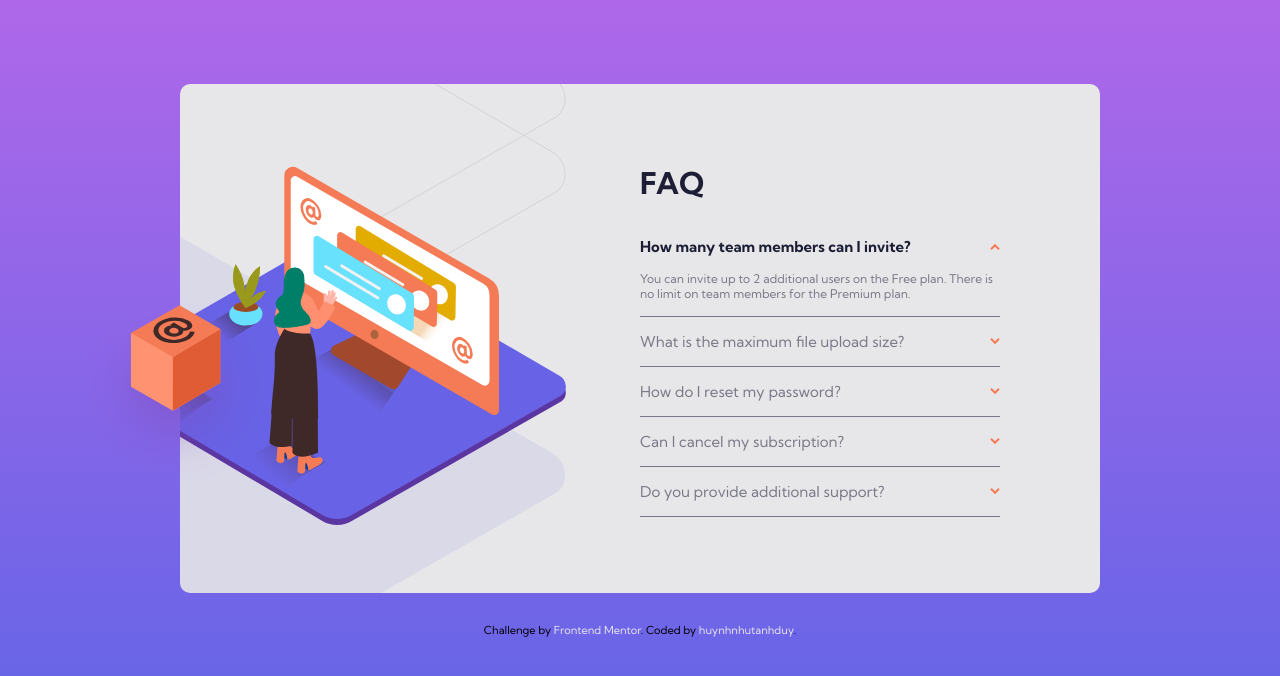
Repository: huynhnhutanhduy/faq-accordion-card
Page: index.html
These files come from the project's save history. The page is drawn as it stood at one moment and after the next save; the edit follows.
The browser window is 1280 px wide. The pictures show the whole page.
After loading, the first visible `div.card-item__header` was clicked once.

Above is the page before, as saved 2022-10-22 15:18:37.

After the next save:
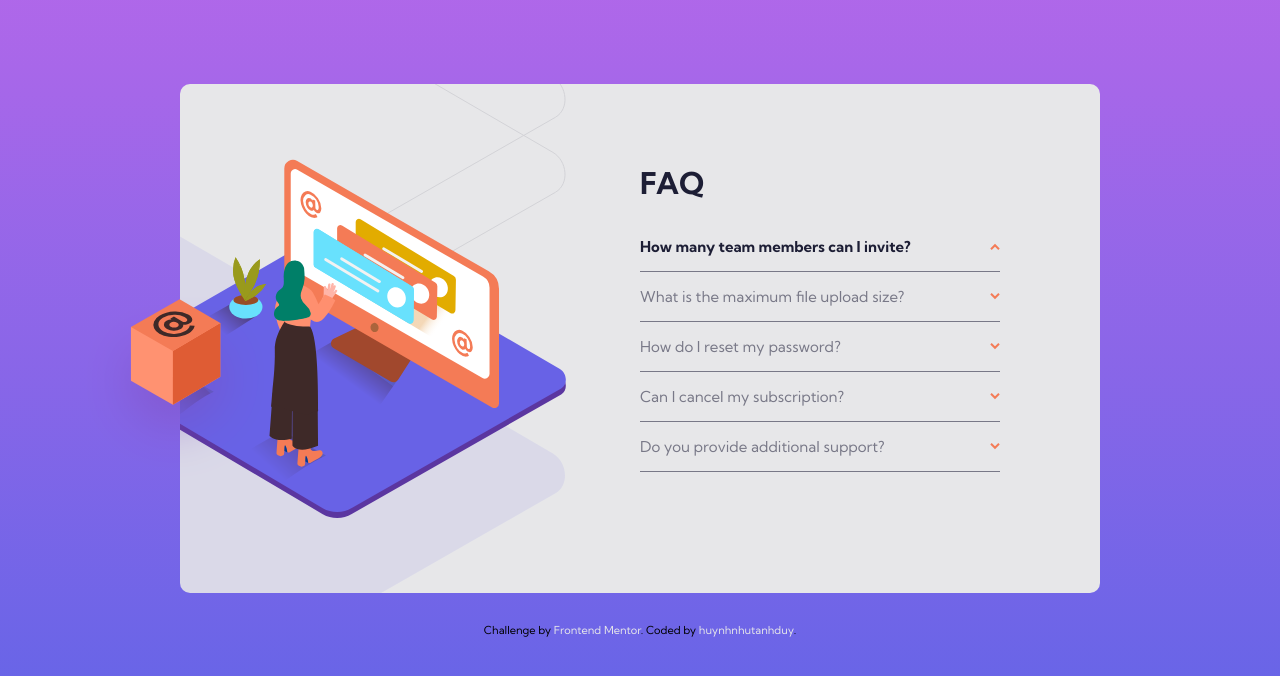
Saved 40 s later.
--- a/app.js
+++ b/app.js
@@ -9,6 +9,8 @@
       e.target.parentNode.classList.add("active");
       console.log(0);
     }
-    console.log(e.target.nextElementSibling);
+    e.target.nextElementSibling.style.height = `${e.target.nextElementSibling.scrollHeight}px`;
+    if (e.target.parentNode.classList.contains("active"))
+      e.target.nextElementSibling.style.height = `0px`;
   })
 );

After the save that followed:
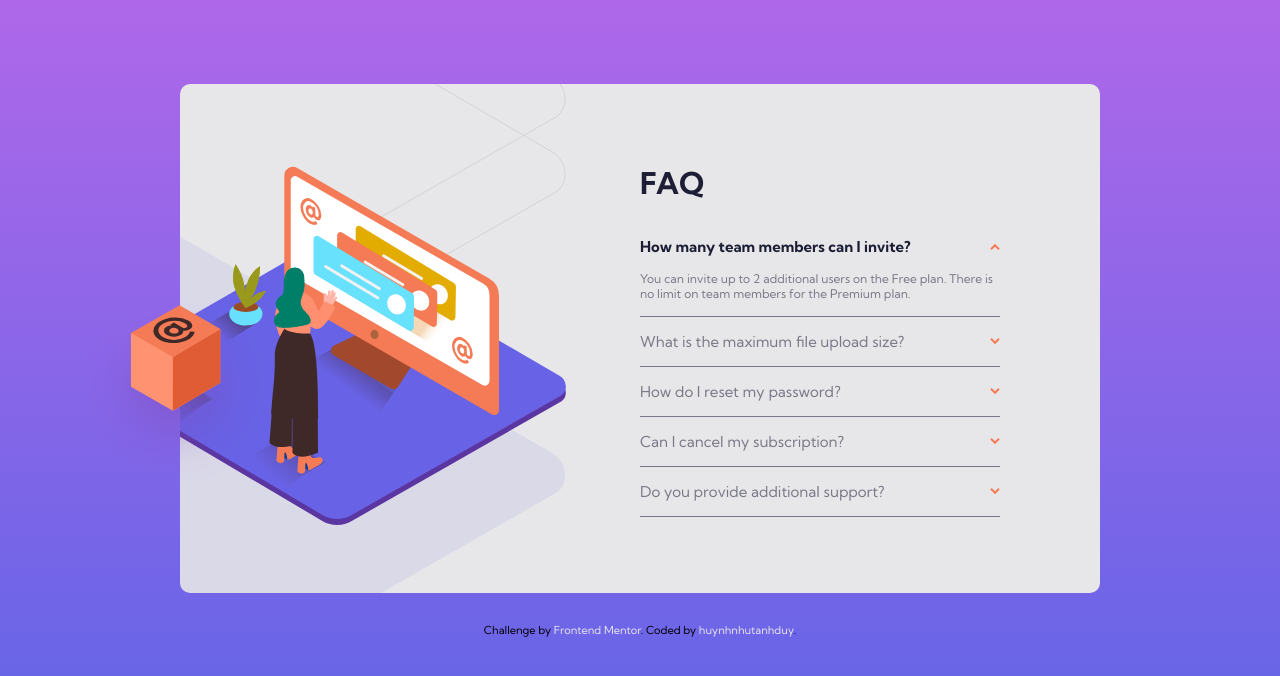
Saved 19 s later.
--- a/app.js
+++ b/app.js
@@ -9,8 +9,5 @@
       e.target.parentNode.classList.add("active");
       console.log(0);
     }
-    e.target.nextElementSibling.style.height = `${e.target.nextElementSibling.scrollHeight}px`;
-    if (e.target.parentNode.classList.contains("active"))
-      e.target.nextElementSibling.style.height = `0px`;
   })
 );
